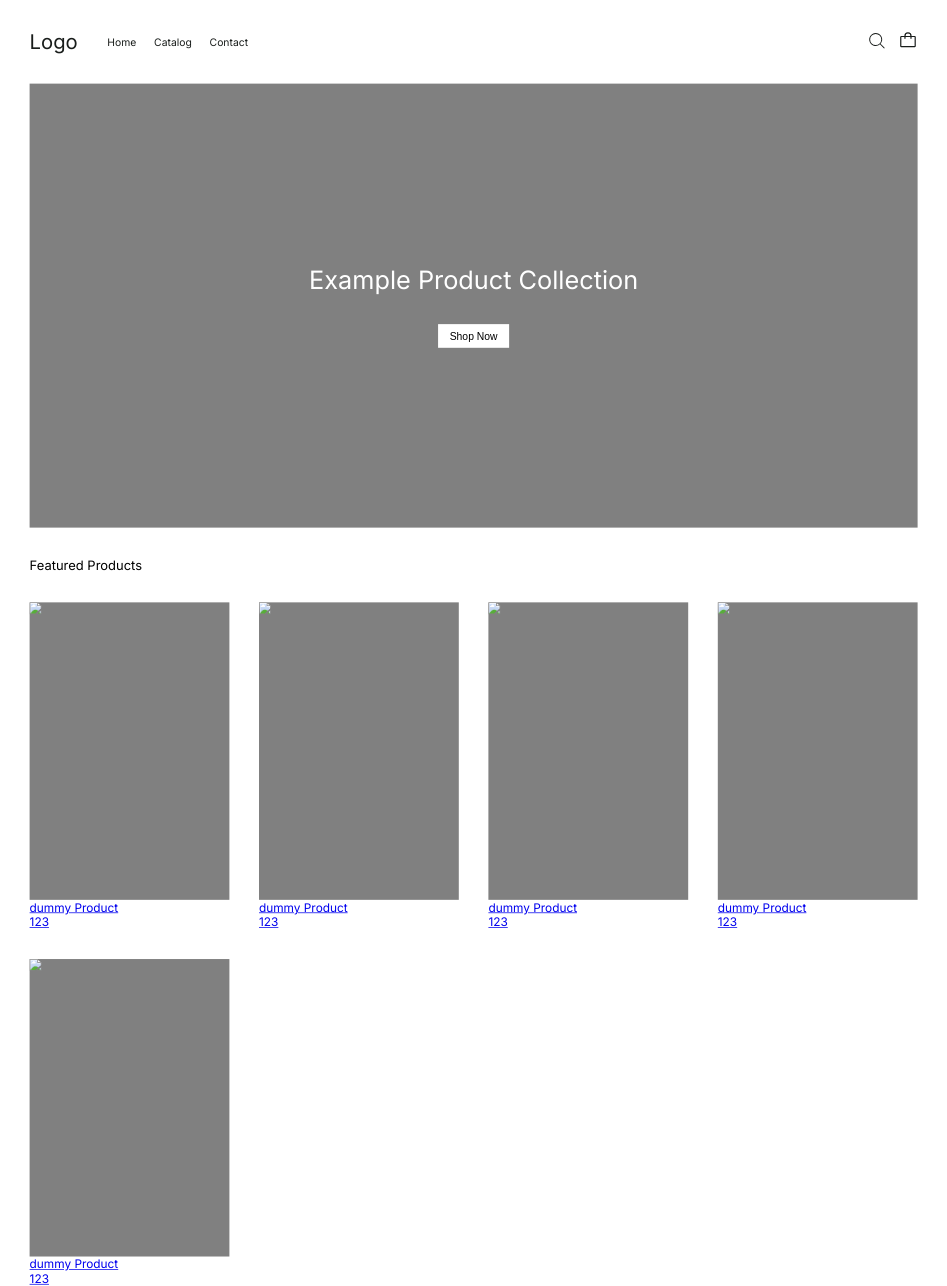
Repository: David-Waite/ecommercefrontendTemplate
Page: /
These files come from the project's save history. The page is drawn as it stood at one moment and after the next save; the edit follows.
The browser window is 1280 px wide. The pictures show the whole page, at 74% of full size.
The project was rebuilt for these pictures with package versions that can differ from the ones it lists, and the page was loaded fresh each time. The framework's server and built-in components were replaced by stand-ins that run in the browser. Also part of the build but not shown: next.config.js.

Above is the page before, as saved 2023-08-24 20:02:29.

After the next save:
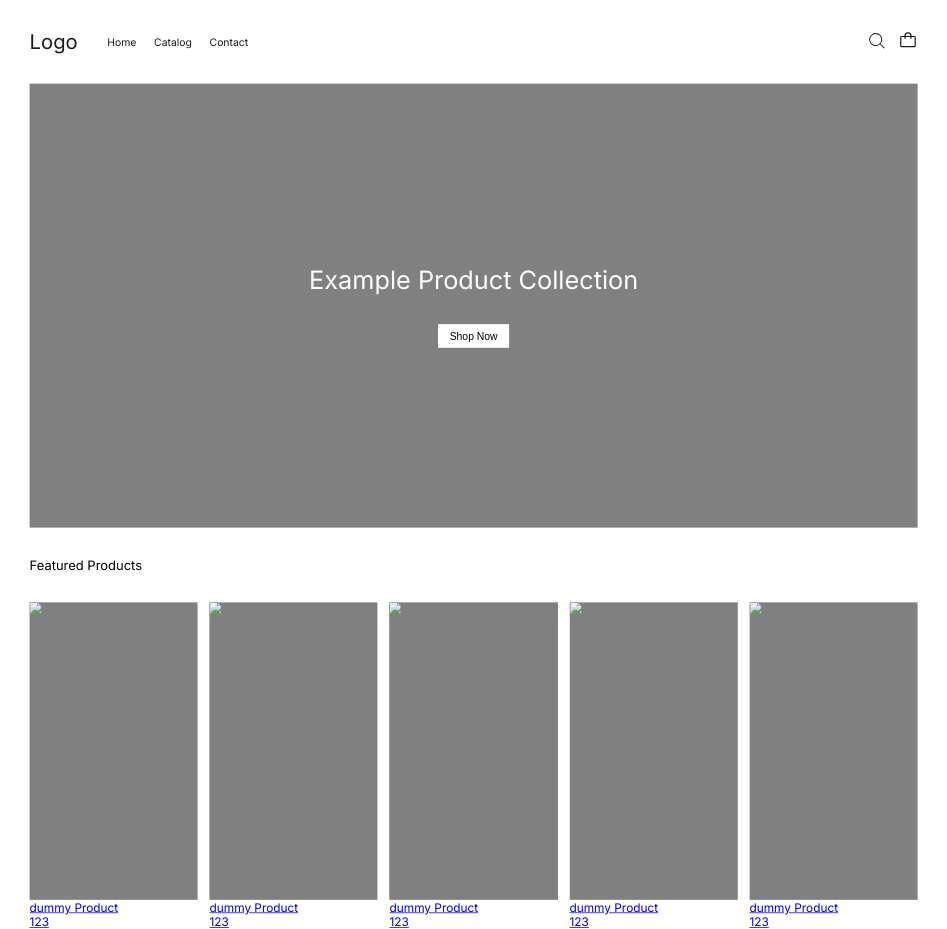
Saved 37 s later.
--- a/app/Components/UI/ProductsGrid/ProductGrid.module.css
+++ b/app/Components/UI/ProductsGrid/ProductGrid.module.css
@@ -6,7 +6,7 @@
 
 @media (max-width: 1500px) {
   .main {
-    grid-template-columns: repeat(4, 1fr);
+    gap: 16px;
   }
 }
 

After the save that followed:
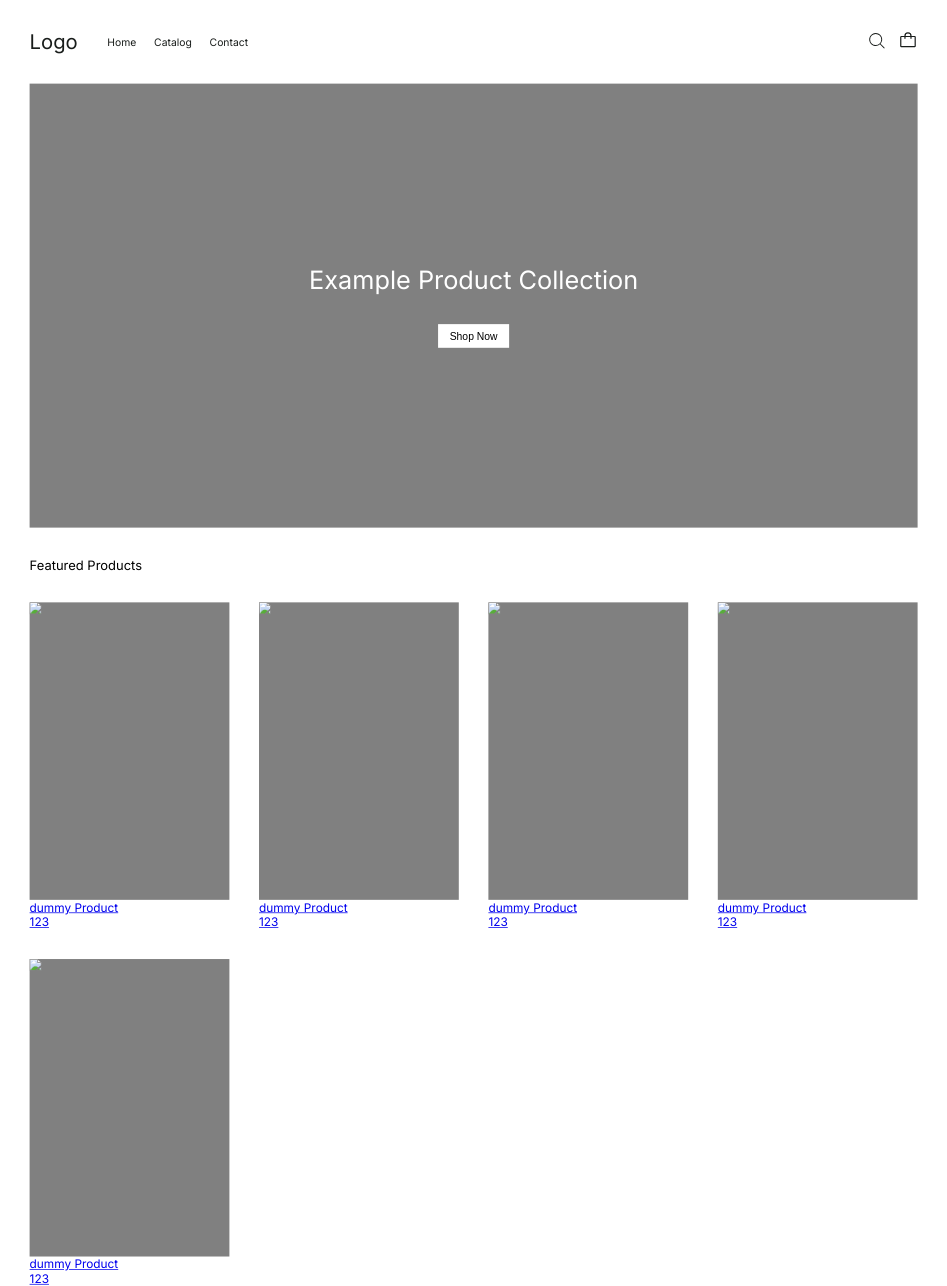
Saved 21 s later.
--- a/app/Components/UI/ProductsGrid/ProductGrid.module.css
+++ b/app/Components/UI/ProductsGrid/ProductGrid.module.css
@@ -6,7 +6,7 @@
 
 @media (max-width: 1500px) {
   .main {
-    gap: 16px;
+    grid-template-columns: repeat(4, 1fr);
   }
 }
 
